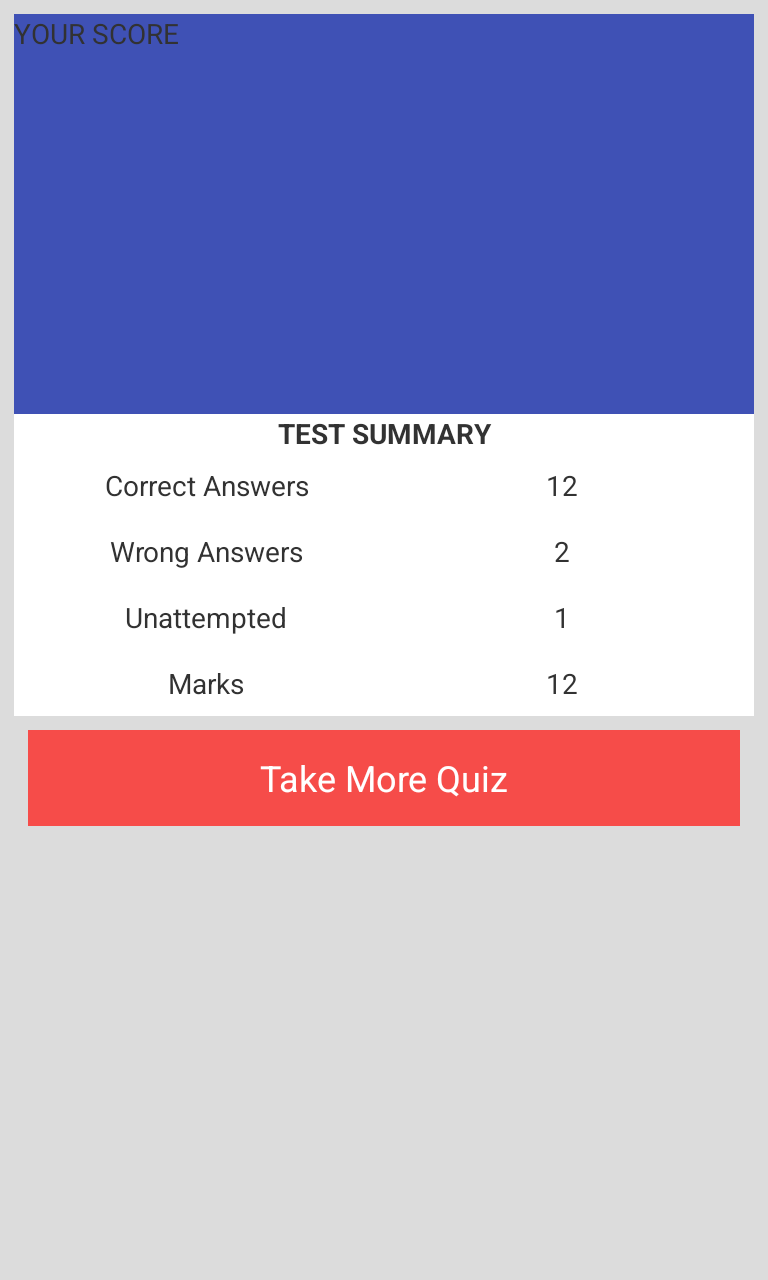
Repository: Harshil737/Career-Launcher
Layout: CareerLauncher/res/layout/activity_test_result_page.xml
These files come from the project's save history. The layout is drawn as it stood at one moment and after the next save; the edit follows.
It is drawn on a 768 x 1280 px phone screen (xhdpi) without system bars, with theme AppTheme; the app's code is not run.

Above is the layout before, as saved 2017-11-04 13:10:54.

After the next save:
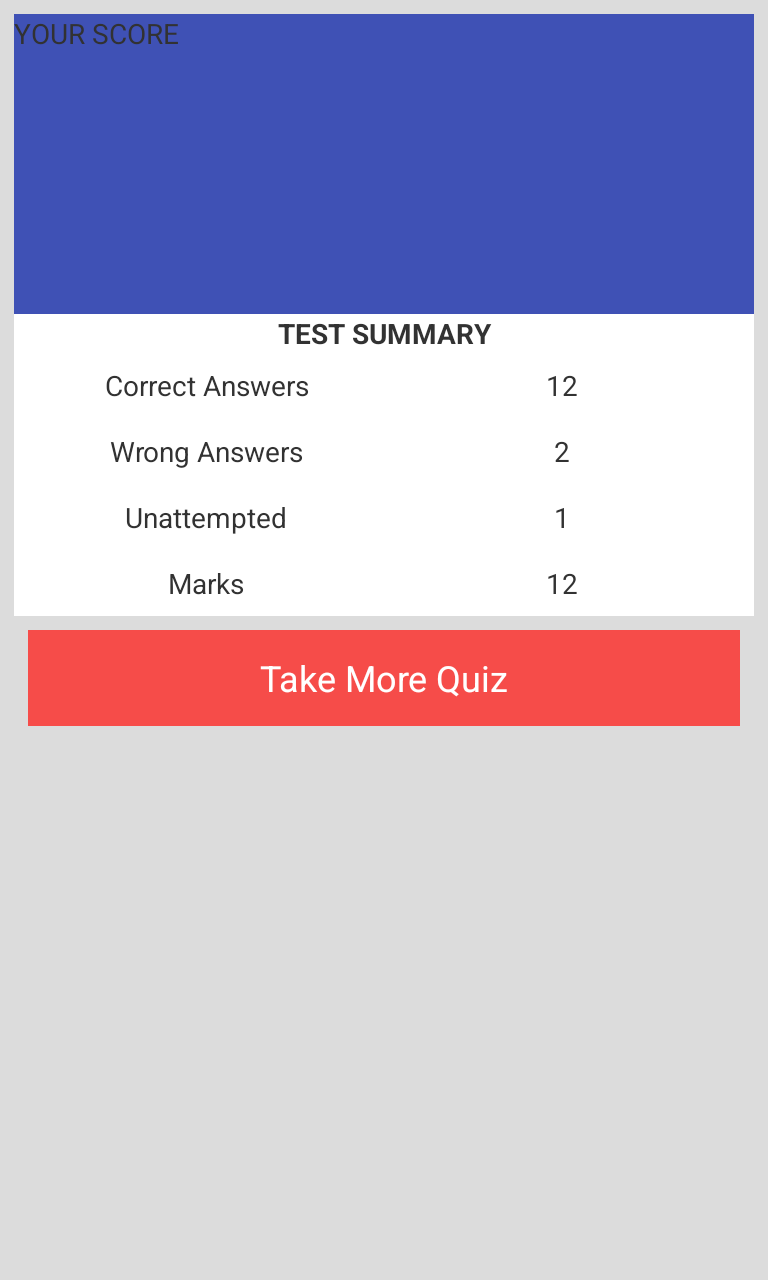
Saved 12 s later.
--- a/CareerLauncher/res/layout/activity_test_result_page.xml
+++ b/CareerLauncher/res/layout/activity_test_result_page.xml
@@ -12,7 +12,7 @@
     <LinearLayout
         android:id="@+id/test_result_page_tmp1"
         android:layout_width="match_parent"
-        android:layout_height="200dp"
+        android:layout_height="150dp"
         android:background="@color/colorPrimary" >
 
         <TextView
